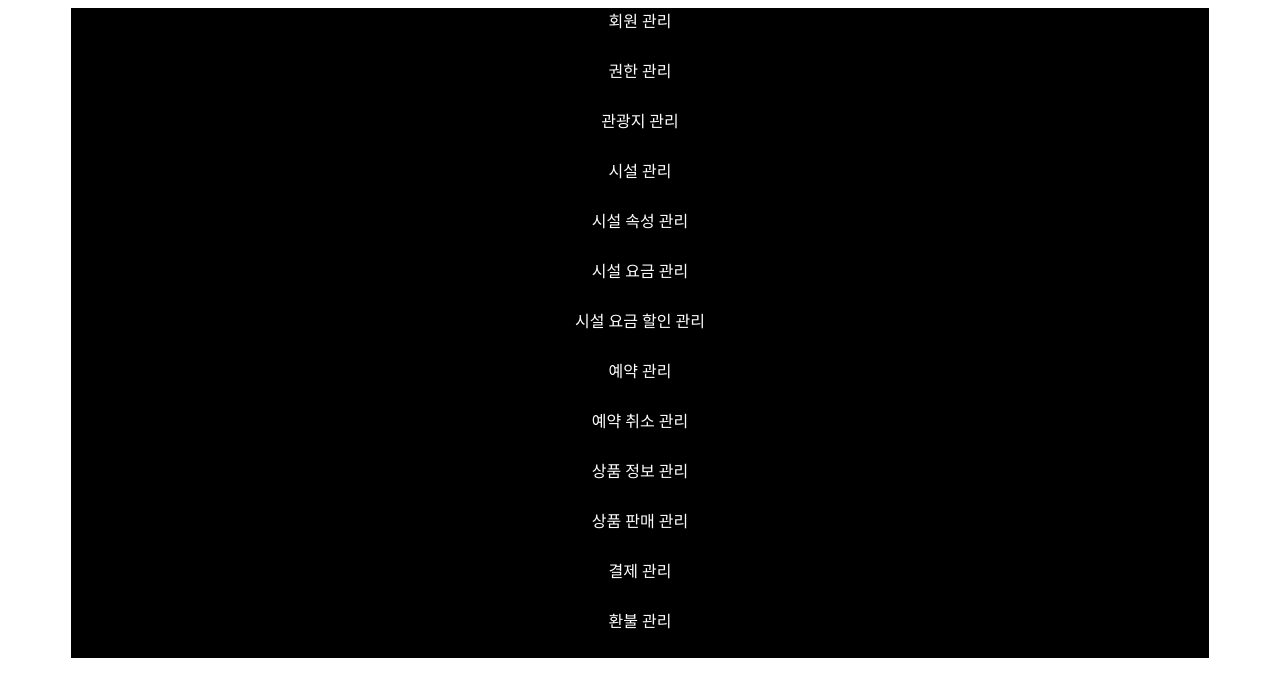
Repository: psyoongsc/SogongDo_Facility
Page: http://localhost/SogongDo_Management_System/
These files come from the project's save history. The page is drawn as it stood at one moment and after the next save; the edit follows.
The browser window is 1280 px wide. The pictures show the whole page.
The page is served by Tomcat 9. Nobody is signed in. The application's start-up code is not run. Other server files are loaded and not shown.

Above is the page before, as saved 2020-06-25 14:36:06.

### SogongDo_Management_System/WebContent/index.jsp
<%@ page language="java" contentType="text/html; charset=UTF-8"
    pageEncoding="UTF-8"%>
<!DOCTYPE html>
<html>
<head>
<meta charset="EUC-KR">
<title>소공도 관리시스템</title>
<style>
a {
	text-decoration: none;
	text-align: center;
	background-color: black;
	width: 90%;
	height: 50px;
	font-size: medium;
	display: inline-block;
	vertical-align: middle;
}

a:link {
	color: white;
}
a:visited {
	color: white;
}

.container {
	text-align: center;
}
</style>
</head>
<body>
	<div class="container">
		<a href="Member/view">회원 관리</a> <br>
		<a href="Authority/view">권한 관리</a> <br>
		<a href="TouristSite/view">관광지 관리</a> <br>
		<a href="Facility/view">시설 관리</a> <br>
		<a href="Facility/Attribute/view">시설 속성 관리</a> <br>
		<a href="Facility/Charge/view">시설 요금 관리</a> <br>
		<a href="Facility/Charge/discount/view">시설 요금 할인 관리</a> <br>
		<a href="Reservation/view">예약 관리</a> <br>
		<a href="Reservation/Cancel/view">예약 취소 관리</a> <br>
		<a href="Product/view">상품 정보 관리</a> <br>
		<a href="Product/Sell/view">상품 판매 관리</a> <br>
		<a href="Payment/view">결제 관리</a> <br>
		<a href="Refund/view">환불 관리</a> <br>
	</div>
</body>
</html>

After the next save:
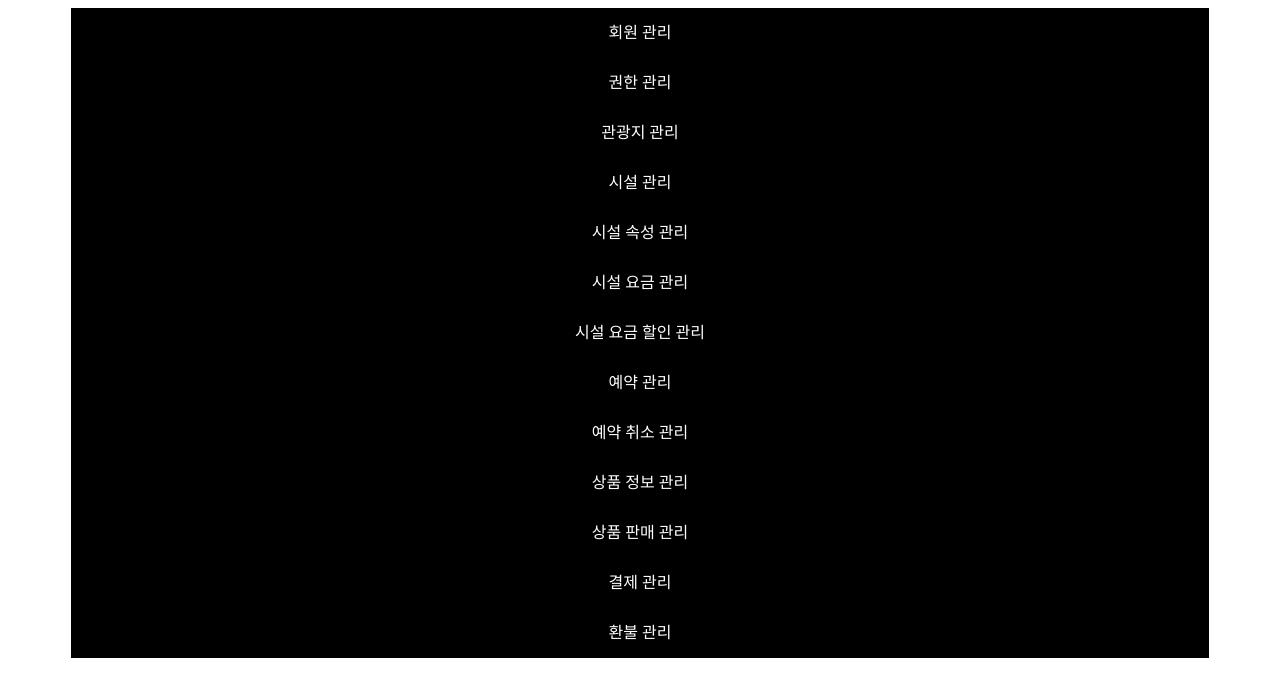
Saved 70 s later.
--- a/SogongDo_Management_System/WebContent/index.jsp
+++ b/SogongDo_Management_System/WebContent/index.jsp
@@ -11,10 +11,9 @@ a {
 	text-align: center;
 	background-color: black;
 	width: 90%;
-	height: 50px;
+	line-height: 50px;
 	font-size: medium;
 	display: inline-block;
-	vertical-align: middle;
 }
 
 a:link {
